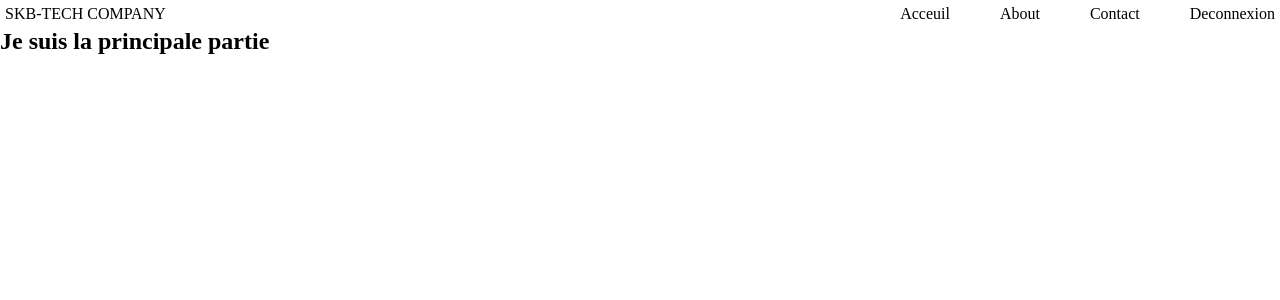
Repository: SKB-TECH/projetExpress
Page: http://localhost/
An editor plug-in stored every save of this project. The page is shown before and after a run of saves, followed by the edit.
The browser window is 1280 px wide. The pictures show the whole page.
The page is served by the project's Node server (server.js). Other server files are loaded and not shown.

Above is the page before, as saved 2022-10-21 15:17:56.

### views/main.ejs
<%- include('./includes/header.ejs') %>
<!-- Partie principale  -->
<main>
  <h2>Je suis la principale partie</h2>
</main>

<%- include('./includes/footer.ejs') %>

### views/includes/header.ejs
<!DOCTYPE html>
<html lang="en">
  <head>
    <meta charset="UTF-8" />
    <meta http-equiv="X-UA-Compatible" content="IE=edge" />
    <link
      rel="stylesheet"
      href="https://cdnjs.cloudflare.com/ajax/libs/font-awesome/6.2.0/css/all.min.css"
      integrity="sha512-xh6O/CkQoPOWDdYTDqeRdPCVd1SpvCA9XXcUnZS2FmJNp1coAFzvtCN9BmamE+4aHK8yyUHUSCcJHgXloTyT2A=="
      crossorigin="anonymous"
      referrerpolicy="no-referrer"
    />
    <meta name="viewport" content="width=device-width, initial-scale=1.0" />
    <link rel="stylesheet" href="css/style.css" />
    <title>Project Express</title>
  </head>
  <body>
  <header>
    <nav class="nav-list">
        <span class="titles1">
                SKB-TECH COMPANY
        </span>
      <div class="taches">
        <ul class="list-title">
          <li>Acceuil</li>
          <li>About</li>
          <li>Contact</li>
          <li>Deconnexion</li>
        </ul>
      </div>
    </nav>
  </header>
</html>

### server.js
const express = require('express');
const morgan = require('morgan');
const path = require('path')
const router = require('./routes/router')
const ejs = require('ejs');
const { dirname } = require('path');
const app = express()
/**
    - quelques middlewares pour specification des dossiers
    - specification du moteur de visualisation utilise
 */
app.set('view engine', 'ejs');
app.use('/css', express.static(path.resolve(__dirname, './assets/css')))
app.set('view')
app.use(morgan('tiny'))


// initialisation de toutes routes de l'application
app.use(require('./routes/router'))

// initialisation du server et du port qui va ecoute les requetes du client
app.listen(4000, () => {
    console.log("Serveur lancer deja au port 4000");
})

### controllers/Controllers.js
exports.Home = (req, res) => {
    res.render('main')
}
exports.About = (req, res) => {
    res.render('about', { nom: "Shako" })
}
exports.Contact = (req, res) => {
    res.render('contact')
}

### assets/css/style.css
* {
    padding: 0px;
    margin: 0px;
    box-sizing: border-box;
}



nav {
    display: flex;
    flex-direction: row;
    justify-content: space-between;
    gap: 500px;
    padding: 5px;
    background-color: ;
}

ul {
    display: flex;
    flex-direction: row;
    justify-content: end;
    list-style-type: none;
    gap: 50px;
}

Loaded but not shown: views/includes/footer.ejs (common file)

After the next 3 saves:
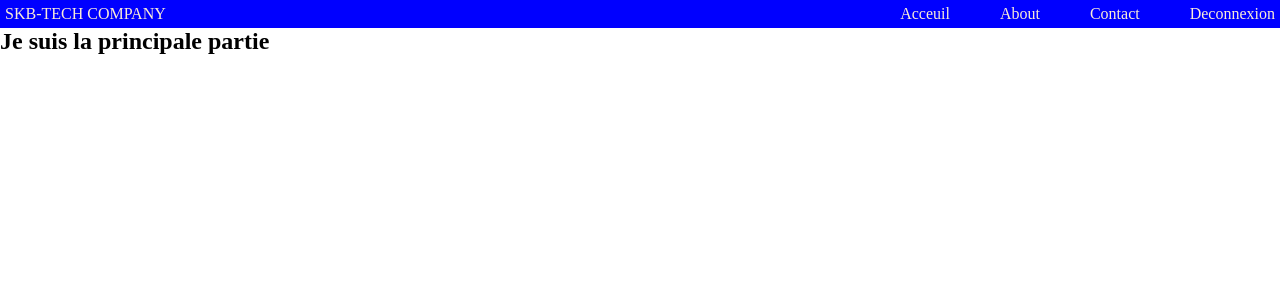
The 3 saves are shown as one change because they came seconds apart.
The last was saved 23 s later.
--- a/assets/css/style.css
+++ b/assets/css/style.css
@@ -12,7 +12,8 @@ nav {
     justify-content: space-between;
     gap: 500px;
     padding: 5px;
-    background-color: ;
+    background-color: blue;
+    color: antiquewhite;
 }
 
 ul {
